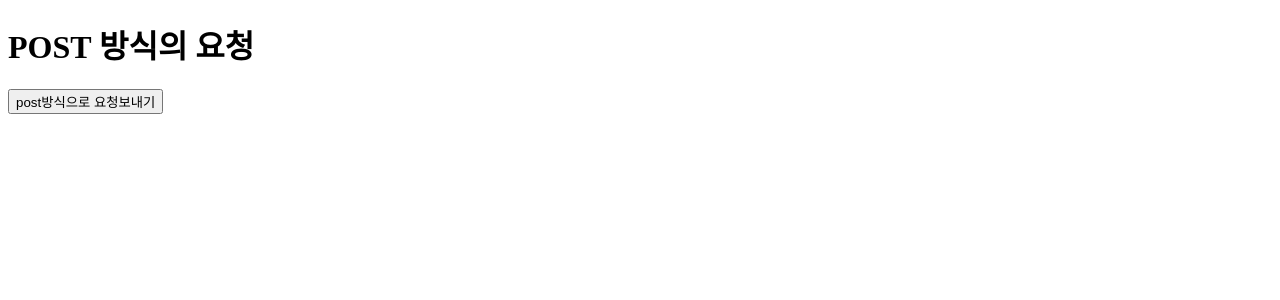
Repository: zoselakt/My_practice_JSP
Page: http://localhost/day07/ajax_test.jsp
An editor plug-in stored every save of this project. The page is shown before and after the next save, followed by the edit.
The browser window is 1280 px wide. The pictures show the whole page.
The page is served by Tomcat 9.

Above is the page before, as saved 2022-02-28 13:10:12.

### day07/WebContent/ajax_test.jsp
<%@ page language="java" contentType="text/html; charset=UTF-8"
    pageEncoding="UTF-8"%>
<!DOCTYPE html>
<html>
<head>
<meta charset="UTF-8">
<title>get, post 방식의 요청</title>
</head>
<%--
<body>
	<h1>GET 방식의 요청</h1>
	<button onclick="sendRequest()">GET 방식으로 요청 보내기!</button>
	<p id="text"></p>
</body>
<script>
	function sendRequest(){
		var xhr = new XMLHttpRequest();
		xhr.open("GET", "request_ajax.jsp?city=Seoul&zipcode=45645", true);
		xhr.sent();

		xhr.onreadystatechange = function() {
			if(xhr.readyState == XMLHttpRequest.DONE && xhr.status == 200){
				document.getElementById("text").innerHTML = xhr.responseText;
			}
		}
	}
</script>
 --%>

 <body>
 	<h1>POST 방식의 요청</h1>
 	<button onclick="sendRequest()">post방식으로 요청보내기</button>
 	<p id="text"></p>
 </body>

 <%--
 <script>
 	function sendRequest() {
		var xhr = new XMLHttpRequest();

		xhr.open("POST", "request_ajax.jsp", true);
		xhr.setRequestHeader("Content-Type", "application/x-www-form-urlencoded");
		xhr.send("city=Seoul&zipcode=54645");

		xhr.onreadystatechange = function() {
			if(xhr.readyState == XMLHttpRequest.DONE && xhr.status == 200){
				document.getElementById("text").innerHTML = xhr.responseText;
			}
		}
	}

 </script>
  --%>
</html>

After the next save:
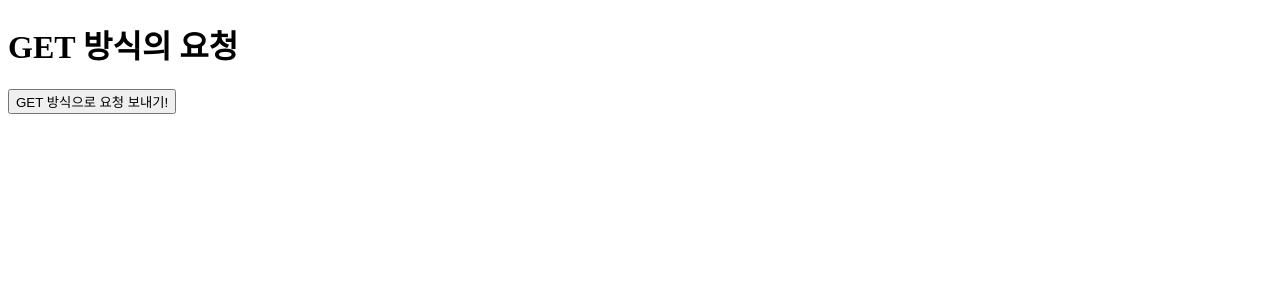
Saved 9 s later.
--- a/day07/WebContent/ajax_test.jsp
+++ b/day07/WebContent/ajax_test.jsp
@@ -6,7 +6,7 @@
 <meta charset="UTF-8">
 <title>get, post 방식의 요청</title>
 </head>
-<%--
+
 <body>
 	<h1>GET 방식의 요청</h1>
 	<button onclick="sendRequest()">GET 방식으로 요청 보내기!</button>
@@ -25,15 +25,15 @@
 		}
 	}
 </script>
- --%>
 
+ <%--
  <body>
  	<h1>POST 방식의 요청</h1>
  	<button onclick="sendRequest()">post방식으로 요청보내기</button>
  	<p id="text"></p>
  </body>
 
- <%--
+
  <script>
  	function sendRequest() {
 		var xhr = new XMLHttpRequest();
